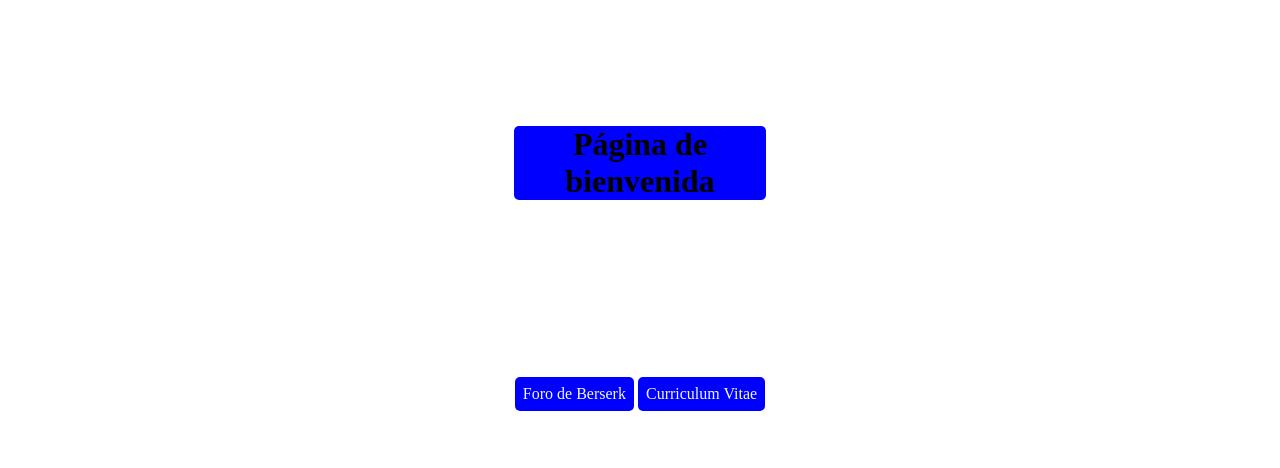
Repository: MateoSantander/Ejercicios4y5
Page: Ejercicio_4/src/main/webapp/index.html
These files come from the project's save history. The page is drawn as it stood at one moment and after the next save; the edit follows.
The browser window is 1280 px wide. The pictures show the whole page.

Above is the page before, as saved 2022-03-18 14:37:02.
Not found: Ejercicio_4/src/main/webapp/css/img/stars.jpg

After the next save:
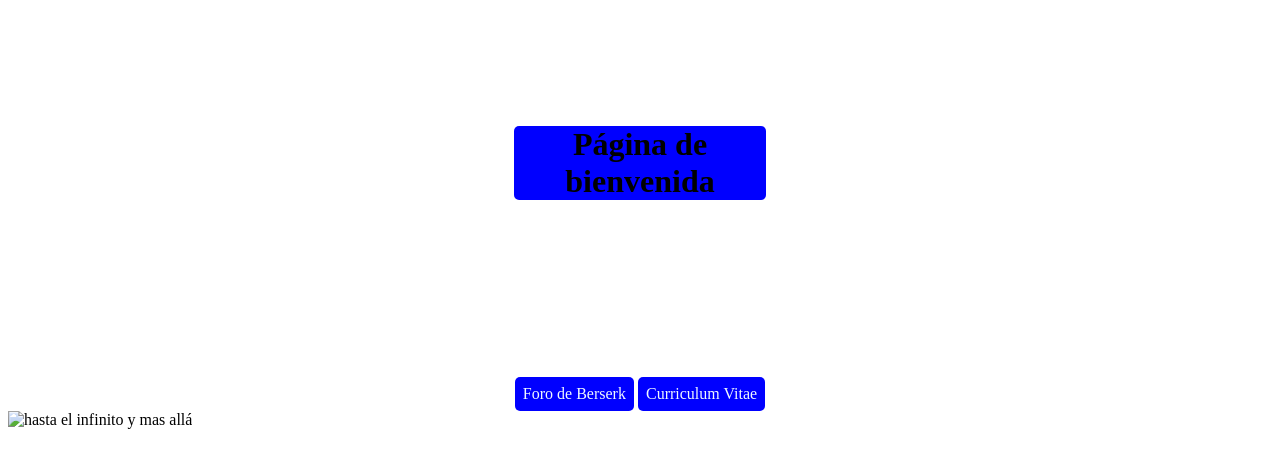
Not found: Ejercicio_4/src/main/webapp/img/stars.jpg
Saved 111 s later.
--- a/Ejercicio_4/src/main/webapp/index.html
+++ b/Ejercicio_4/src/main/webapp/index.html
@@ -11,5 +11,6 @@
 		<a href="otrasPaginas/pagina_principal.html">Foro de Berserk</a>
 		<a href="otrasPaginas/paginaCV.html">Curriculum Vitae</a>
 		</nav>
+		<img id="fondo" src="img/stars.jpg" title="hasta el infinito y mas allá" />
 </body>
 </html>

After the 2 saves that followed:
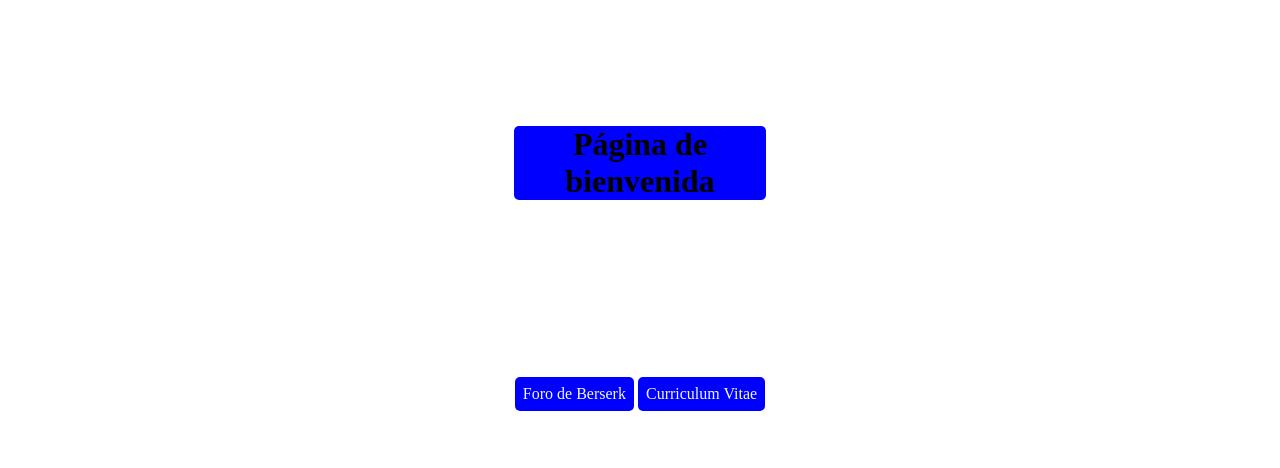
The 2 saves are shown as one change because 1 left the picture as it was.
The last was saved 2 min 37 s later.
--- a/Ejercicio_4/src/main/webapp/index.html
+++ b/Ejercicio_4/src/main/webapp/index.html
@@ -11,6 +11,5 @@
 		<a href="otrasPaginas/pagina_principal.html">Foro de Berserk</a>
 		<a href="otrasPaginas/paginaCV.html">Curriculum Vitae</a>
 		</nav>
-		<img id="fondo" src="img/stars.jpg" title="hasta el infinito y mas allá" />
 </body>
 </html>
--- a/Ejercicio_4/src/main/webapp/css/index.css
+++ b/Ejercicio_4/src/main/webapp/css/index.css
@@ -26,5 +26,4 @@ nav>a{
 
 body{
     background-image: url(img/stars.jpg);
-        background-repeat: repeat;
 }
